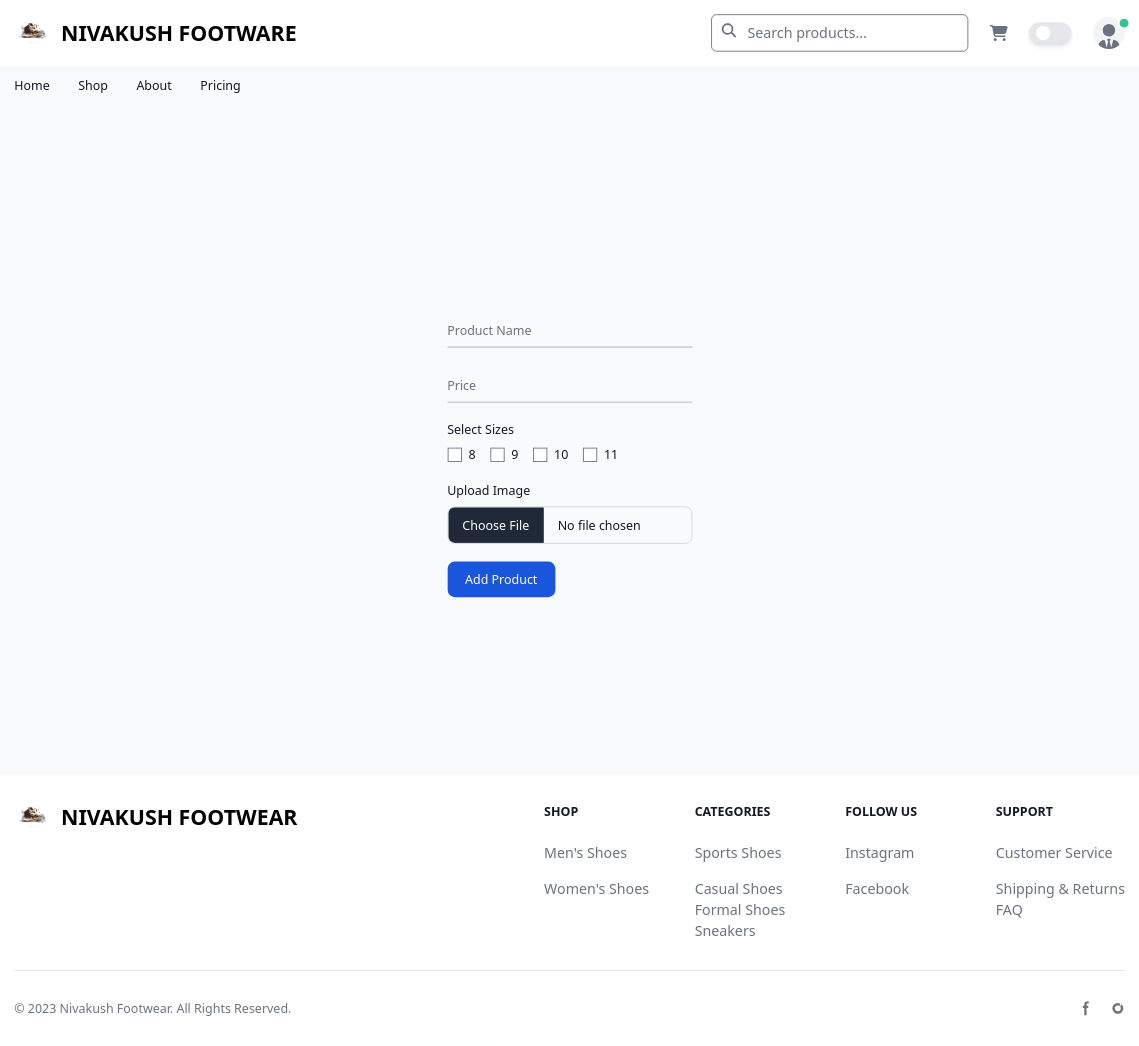
Repository: sibi24sibi/shoe-ecommerce
Page: /admin
These files come from the project's save history. The page is drawn as it stood at one moment and after the next save; the edit follows.
The browser window is 1280 px wide. The pictures show the whole page, at 89% of full size.
Some web libraries are served in a nearby version. The project was rebuilt for these pictures with package versions that can differ from the ones it lists, and the page was loaded fresh each time. Also part of the build but not shown: vite.config.js, src/Payment.jsx, src/Components/Products.jsx, src/Components/Carosel.jsx, src/Prod-page.jsx, src/Cart-page.jsx, src/ProductInfo.jsx, src/Aboutus.jsx and 3 more.

Above is the page before, as saved 2024-09-11 15:24:06.

### index.html
<!doctype html>
<html lang="en">
  <head>
    <meta charset="UTF-8" />
    <link rel="icon" type="image/svg+xml" href="/vite.svg" />
    <meta name="viewport" content="width=device-width, initial-scale=1.0" />
    <title>Vite + React</title>
    <script src="https://cdn.jsdelivr.net/npm/flowbite@2.5.1/dist/flowbite.min.js"></script>
    <link href="https://cdn.jsdelivr.net/npm/flowbite@2.5.1/dist/flowbite.min.css" rel="stylesheet" />
  </head>
  <body>
    <div id="root"></div>

    <script defer src="https://cdn.jsdelivr.net/npm/alpinejs@3.x.x/dist/cdn.min.js"></script>
    <script type="module" src="/src/main.jsx"></script>
  </body>
</html>

### src/main.jsx
import { StrictMode } from "react";
import { createRoot } from "react-dom/client";
import App from "./App.jsx";
import "./index.css";
import { BrowserRouter } from "react-router-dom";
import ShopContextProvider from "./Context/ShopContext.jsx";

createRoot(document.getElementById("root")).render(
  <BrowserRouter>
    <ShopContextProvider>
      <App />
    </ShopContextProvider>
  </BrowserRouter>
);

### src/App.jsx
import { Route, Routes } from "react-router-dom";
import "./App.css";
import { ToastContainer, toast } from "react-toastify";
import "react-toastify/dist/ReactToastify.css";
import Payment from "./Payment";
import Prodpage from "./Prod-page";
import NavBar from "./Components/NavBar";
import Footer from "./Components/Footer";

import Cartpage from "./Cart-page";
import ProductInfo from "./ProductInfo";
import About from "./Aboutus";
import Pricing from "./Pricing";
import Shop from "./Shop";
import AdminLogin from "./AdminLogin";
import Admin from "./Adminpage";

function App() {
  return (
    <>
      <div className="bg-slate-50 dark:bg-slate-950">
        <ToastContainer />
        <NavBar />
        <div className="  mx-auto md:max-w-screen-xl  max-w-screen-sm ">
          <Routes>
            <Route path="/" element={<Prodpage />} />
            <Route
              path="/productInfo/:productInfoId"
              element={<ProductInfo />}
            />
            <Route path="/cart" element={<Cartpage />} />

            <Route path="/payment" element={<Payment />} />
            <Route path="/about" element={<About />} />
            <Route path="/pricing" element={<Pricing />} />
            <Route path="/shop" element={<Shop />} />
            <Route path="/login" element={<AdminLogin />} />
            <Route path="/admin" element={<Admin />} />
          </Routes>
        </div>
        <Footer />
      </div>
    </>
  );
}

export default App;

### src/Context/ShopContext.jsx
import React, { createContext, useState, useEffect } from "react";
import { productsdData } from "../assets/assets";
import { toast } from "react-toastify";

export const ShopContext = createContext();

const ShopContextProvider = (props) => {
  const [products] = useState(productsdData);
  const [cartItems, setCartItems] = useState(() => {
    // Load cart from localStorage on initial load
    const savedCart = localStorage.getItem("cartItems");
    return savedCart ? JSON.parse(savedCart) : {};
  });

  // Use effect to update localStorage whenever cartItems changes
  useEffect(() => {
    localStorage.setItem("cartItems", JSON.stringify(cartItems));
  }, [cartItems]);

  const addToCart = (itemId, size) => {
    if (!size) {
      toast.error("Select product size");
      return;
    }

    let cartData = structuredClone(cartItems);

    if (cartData[itemId]) {
      if (cartData[itemId][size]) {
        cartData[itemId][size] += 1;
      } else {
        cartData[itemId][size] = 1;
      }
    } else {
      cartData[itemId] = { [size]: 1 };
    }

    setCartItems(cartData);
    toast.success("Added to cart");
  };

  const incrementQuantity = (itemId, size) => {
    let cartData = structuredClone(cartItems);
    if (cartData[itemId]) {
      if (cartData[itemId][size]) {
        cartData[itemId][size] += 1;
      } else {
        cartData[itemId][size] = 1;
      }
      setCartItems(cartData);
    }
  };

  const decrementQuantity = (itemId, size) => {
    let cartData = structuredClone(cartItems);
    if (cartData[itemId] && cartData[itemId][size]) {
      if (cartData[itemId][size] > 1) {
        cartData[itemId][size] -= 1;
      } else {
        delete cartData[itemId][size];
        if (Object.keys(cartData[itemId]).length === 0) {
          delete cartData[itemId];
        }
      }
      setCartItems(cartData);
    }
  };

  const deleteItem = (itemId, size) => {
    let cartData = structuredClone(cartItems);
    if (cartData[itemId] && cartData[itemId][size]) {
      delete cartData[itemId][size];
      if (Object.keys(cartData[itemId]).length === 0) {
        delete cartData[itemId];
      }
      setCartItems(cartData);
    }
  };

  const getCartCount = () => {
    let totalCount = 0;
    for (const item in cartItems) {
      for (const size in cartItems[item]) {
        totalCount += cartItems[item][size];
      }
    }
    return totalCount;
  };

  return (
    <ShopContext.Provider
      value={{
        products,
        cartItems,
        addToCart,
        incrementQuantity,
        decrementQuantity,
        deleteItem,
        getCartCount,
      }}
    >
      {props.children}
    </ShopContext.Provider>
  );
};

export default ShopContextProvider;

### src/App.css
.sticky-top {
    position: -webkit-sticky;
    position: sticky;
    top: 0;
    z-index: 1020;
}

/* Custom styles for react-toastify */
@media (max-width: 768px) { /* You can adjust the breakpoint as needed */
    .Toastify__toast-container {
      top: auto !important;
      bottom: 0 !important;

    }
  }

### src/Components/NavBar.jsx
import { useState, useEffect, useContext } from "react";
import { FontAwesomeIcon } from "@fortawesome/react-fontawesome";
import {
  faCartShopping,
  faMoon,
  faSun,
  faSearch,
  faUserTie,
  faUser,
} from "@fortawesome/free-solid-svg-icons";
import { NavLink } from "react-router-dom";
import { assets } from "../assets/assets";
import { ShopContext } from "../Context/ShopContext";

function NavBar() {
  // State to manage the dark theme
  const [darkTheme, setDarkTheme] = useState(false);

  // Effect to apply/remove the 'dark' class on the html element
  useEffect(() => {
    if (darkTheme) {
      document.documentElement.classList.add("dark");
    } else {
      document.documentElement.classList.remove("dark");
    }
  }, [darkTheme]);

  // Toggle theme function
  const toggleTheme = () => {
    setDarkTheme((prevTheme) => !prevTheme);
  };

  // Access cart count from context
  const { getCartCount } = useContext(ShopContext);

  return (
    <div className="mb-8 sticky-top">
      {/* Top Navbar */}
      <nav className="bg-white border-gray-200 dark:bg-gray-900">
        <div className="flex flex-wrap justify-between items-center mx-auto max-w-screen-2xl p-4">
          <a
            href="#"
            className="flex items-center space-x-3 rtl:space-x-reverse"
          >
            <img src={assets.Logo} className="h-8" alt="Shop Logo" />
            <span className="self-center text-xs/[0.2555rem] uppercase md:text-2xl    md:font-semibold  font-normal whitespace-nowrap dark:text-white">
              Nivakush Footware
            </span>
          </a>
          <div className="flex items-center space-x-6 rtl:space-x-reverse">
            {/* Search Bar */}
            <div className="relative hidden sm:block">
              <input
                type="text"
                placeholder="Search products..."
                className="pl-10 pr-4 py-2 border rounded-md dark:bg-gray-800 dark:text-white"
              />
              <FontAwesomeIcon
                icon={faSearch}
                className="absolute left-3 top-2.5 text-gray-500 dark:text-gray-400"
              />
            </div>

            <NavLink
              to="/cart"
              className="    text-gray-500 dark:text-white hover:underline relative"
            >
              <div className="flex items-center relative">
                <FontAwesomeIcon
                  icon={faCartShopping}
                  className=" text-sm md:text-lg"
                />
                {getCartCount() > 0 && (
                  <span className="absolute -top-1 -right-2 bg-red-500 text-white text-xs rounded-full w-4 h-4 flex items-center justify-center">
                    {getCartCount()}
                  </span>
                )}
              </div>
            </NavLink>

            <button
              onClick={toggleTheme}
              className="relative inline-flex items-center  text-sm md:text-lg p-1 bg-gray-200 dark:bg-gray-600 rounded-full md:w-12 md:h-6 w-6   h-3 transition-colors duration-300 focus:outline-none shadow-md"
            >
              <span
                className={`absolute inline-block md:w-4 md:h-4 w-2 h-2 bg-white dark:bg-gray-300 rounded-full transition-transform transform ${
                  darkTheme
                    ? "translate-x-3 md:translate-x-6"
                    : "translate-x-0 md:translate-x-1"
                }`}
              />
              <span className="sr-only">Toggle Theme</span>
            </button>

            <NavLink
              to="/login "
              className="text-sm text-gray-500   md:text-lg dark:text-white hover:underline"
            >
              <div className="relative">
                <div className="relative md:w-9 md:h-9 w-5  h-5 text-center overflow-hidden bg-gray-100 rounded-full dark:bg-gray-600">
                  <FontAwesomeIcon
                    icon={faUserTie}
                    className=" md:w-7 md:h-7   translate-y-[0.15rem] md:translate-y-2"
                  />
                </div>
                <span className="top-0 left-4 absolute   w-2 h-2 bg-green-400 border-2 border-white dark:border-gray-800  block md:hidden rounded-full"></span>
                <span className="top-0 left-7 absolute  w-3.5 h-3.5 bg-green-400 border-2 border-white dark:border-gray-800  hidden md:block rounded-full"></span>
              </div>
            </NavLink>
          </div>
        </div>
      </nav>

      {/* Bottom Navbar */}
      <nav className="bg-gray-50 dark:bg-gray-700 sticky top-0 z-50">
        <div className="max-w-screen-xl px-4 py-3 mx-auto">
          <ul className="flex flex-row font-medium mt-0 space-x-8 rtl:space-x-reverse text-sm">
            <li>
              <NavLink
                to="/"
                className="text-gray-900 dark:text-white hover:underline"
                aria-current="page"
              >
                Home
              </NavLink>
            </li>
            <li>
              <NavLink
                to="/shop"
                className="text-gray-900 dark:text-white hover:underline"
              >
                Shop
              </NavLink>
            </li>
            <li>
              <NavLink
                to="/about"
                className="text-gray-900 dark:text-white hover:underline"
              >
                About
              </NavLink>
            </li>
            <li>
              <NavLink
                to="/pricing"
                className="text-gray-900 dark:text-white hover:underline"
              >
                Pricing
              </NavLink>
            </li>
          </ul>
        </div>
      </nav>
    </div>
  );
}

export default NavBar;

### src/Adminpage.jsx
import React, { useState } from "react";

function AddProductForm({ addNewProduct }) {
  const [productName, setProductName] = useState("");
  const [price, setPrice] = useState("");
  const [selectedSizes, setSelectedSizes] = useState([]);
  const [productType, setProductType] = useState(""); // Added state for product type
  const [image, setImage] = useState(null); // Added state for image upload

  // Handle size checkbox
  const handleSizeChange = (e) => {
    const size = e.target.value;
    setSelectedSizes((prevSizes) =>
      prevSizes.includes(size)
        ? prevSizes.filter((s) => s !== size)
        : [...prevSizes, size]
    );
  };

  // Handle form submission
  const handleSubmit = (e) => {
    e.preventDefault();
    const newProduct = {
      id: Date.now(),
      name: productName,
      price: parseFloat(price),
      type: productType,
      sizes: selectedSizes, // from your checkboxes
      image, // the uploaded image file
    };
    addNewProduct(newProduct);
  };

  // Handle image upload
  const handleImageUpload = (e) => {
    setImage(e.target.files[0]); // Store the uploaded image in state
  };

  return (
    <div className="flex justify-center items-center h-screen">
      <form className="max-w-md mx-auto" onSubmit={handleSubmit}>
        {/* Product Name Input */}
        <div className="relative z-0 w-full mb-5 group">
          <input
            type="text"
            name="product_name"
            id="product_name"
            className="block py-2.5 px-0 w-full text-sm text-gray-900 bg-transparent border-0 border-b-2 border-gray-300 appearance-none dark:text-white dark:border-gray-600 dark:focus:border-blue-500 focus:outline-none focus:ring-0 focus:border-blue-600 peer"
            placeholder=" "
            value={productName}
            onChange={(e) => setProductName(e.target.value)}
            required
          />
          <label
            htmlFor="product_name"
            className="peer-focus:font-medium absolute text-sm text-gray-500 dark:text-gray-400 duration-300 transform -translate-y-6 scale-75 top-3 -z-10 origin-[0] peer-focus:start-0 peer-focus:text-blue-600 peer-focus:dark:text-blue-500 peer-placeholder-shown:scale-100 peer-placeholder-shown:translate-y-0 peer-focus:scale-75 peer-focus:-translate-y-6"
          >
            Product Name
          </label>
        </div>

        {/* Price Input (type='number') */}
        <div className="relative z-0 w-full mb-5 group">
          <input
            type="number"
            name="price"
            id="price"
            className="block py-2.5 px-0 w-full text-sm text-gray-900 bg-transparent border-0 border-b-2 border-gray-300 appearance-none dark:text-white dark:border-gray-600 dark:focus:border-blue-500 focus:outline-none focus:ring-0 focus:border-blue-600 peer"
            placeholder=" "
            value={price}
            onChange={(e) => setPrice(e.target.value)}
            required
          />
          <label
            htmlFor="price"
            className="peer-focus:font-medium absolute text-sm text-gray-500 dark:text-gray-400 duration-300 transform -translate-y-6 scale-75 top-3 -z-10 origin-[0] peer-focus:start-0 peer-focus:text-blue-600 peer-focus:dark:text-blue-500 peer-placeholder-shown:scale-100 peer-placeholder-shown:translate-y-0 peer-focus:scale-75 peer-focus:-translate-y-6"
          >
            Price
          </label>
        </div>

        {/* Size Checkboxes */}
        <div className="mb-5">
          <label className="block text-sm font-medium text-gray-900 dark:text-white mb-2">
            Select Sizes
          </label>
          <div className="flex gap-4">
            {["8", "9", "10", "11"].map((size) => (
              <div key={size} className="flex items-center">
                <input
                  type="checkbox"
                  id={`size_${size}`}
                  value={size}
                  checked={selectedSizes.includes(size)}
                  onChange={handleSizeChange}
                  className="mr-2"
                />
                <label
                  htmlFor={`size_${size}`}
                  className="text-sm font-medium text-gray-900 dark:text-gray-300"
                >
                  {size}
                </label>
              </div>
            ))}
          </div>
        </div>

        {/* Image Upload */}
        <div className="mb-5">
          <label className="block text-sm font-medium text-gray-900 dark:text-white mb-2">
            Upload Image
          </label>
          <input
            type="file"
            accept="image/*"
            className="block w-full text-sm text-gray-900 bg-gray-50 rounded-lg border border-gray-300 cursor-pointer dark:text-gray-400 dark:bg-gray-700 dark:border-gray-600 dark:placeholder-gray-400"
          />
        </div>

        {/* Submit Button */}
        <button
          type="submit"
          className="text-white bg-blue-700 hover:bg-blue-800 focus:ring-4 focus:outline-none focus:ring-blue-300 font-medium rounded-lg text-sm w-full sm:w-auto px-5 py-2.5 text-center dark:bg-blue-600 dark:hover:bg-blue-700 dark:focus:ring-blue-800"
        >
          Add Product
        </button>
      </form>
    </div>
  );
}

export default AddProductForm;

Loaded but not shown: src/index.css (common file); tailwind.config.js (common file); src/assets/assets.js (313 lines, source omitted); src/Components/Footer.jsx (161 lines, source omitted)

After the next save:
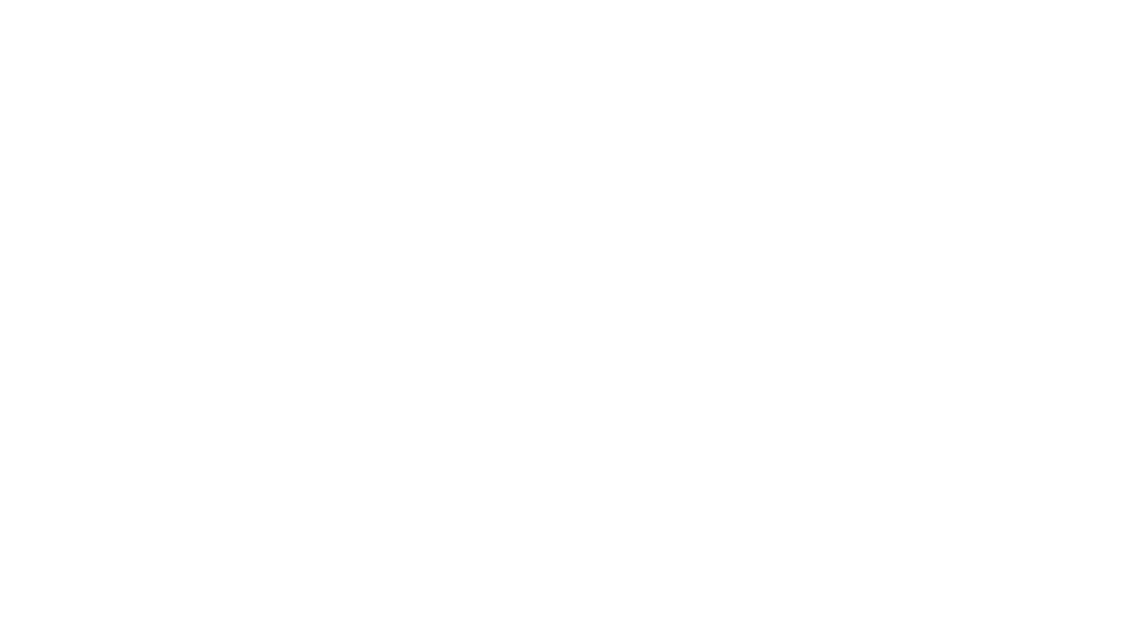
Console error: ReferenceError: handleSubmit is not defined
Saved 5 min 37 s later.
--- a/src/Adminpage.jsx
+++ b/src/Adminpage.jsx
@@ -1,41 +1,6 @@
 import React, { useState } from "react";
 
 function AddProductForm({ addNewProduct }) {
-  const [productName, setProductName] = useState("");
-  const [price, setPrice] = useState("");
-  const [selectedSizes, setSelectedSizes] = useState([]);
-  const [productType, setProductType] = useState(""); // Added state for product type
-  const [image, setImage] = useState(null); // Added state for image upload
-
-  // Handle size checkbox
-  const handleSizeChange = (e) => {
-    const size = e.target.value;
-    setSelectedSizes((prevSizes) =>
-      prevSizes.includes(size)
-        ? prevSizes.filter((s) => s !== size)
-        : [...prevSizes, size]
-    );
-  };
-
-  // Handle form submission
-  const handleSubmit = (e) => {
-    e.preventDefault();
-    const newProduct = {
-      id: Date.now(),
-      name: productName,
-      price: parseFloat(price),
-      type: productType,
-      sizes: selectedSizes, // from your checkboxes
-      image, // the uploaded image file
-    };
-    addNewProduct(newProduct);
-  };
-
-  // Handle image upload
-  const handleImageUpload = (e) => {
-    setImage(e.target.files[0]); // Store the uploaded image in state
-  };
-
   return (
     <div className="flex justify-center items-center h-screen">
       <form className="max-w-md mx-auto" onSubmit={handleSubmit}>
@@ -47,8 +12,6 @@
             id="product_name"
             className="block py-2.5 px-0 w-full text-sm text-gray-900 bg-transparent border-0 border-b-2 border-gray-300 appearance-none dark:text-white dark:border-gray-600 dark:focus:border-blue-500 focus:outline-none focus:ring-0 focus:border-blue-600 peer"
             placeholder=" "
-            value={productName}
-            onChange={(e) => setProductName(e.target.value)}
             required
           />
           <label
@@ -67,8 +30,6 @@
             id="price"
             className="block py-2.5 px-0 w-full text-sm text-gray-900 bg-transparent border-0 border-b-2 border-gray-300 appearance-none dark:text-white dark:border-gray-600 dark:focus:border-blue-500 focus:outline-none focus:ring-0 focus:border-blue-600 peer"
             placeholder=" "
-            value={price}
-            onChange={(e) => setPrice(e.target.value)}
             required
           />
           <label
@@ -90,9 +51,7 @@
                 <input
                   type="checkbox"
                   id={`size_${size}`}
-                  value={size}
                   checked={selectedSizes.includes(size)}
-                  onChange={handleSizeChange}
                   className="mr-2"
                 />
                 <label

After the 2 saves that followed:
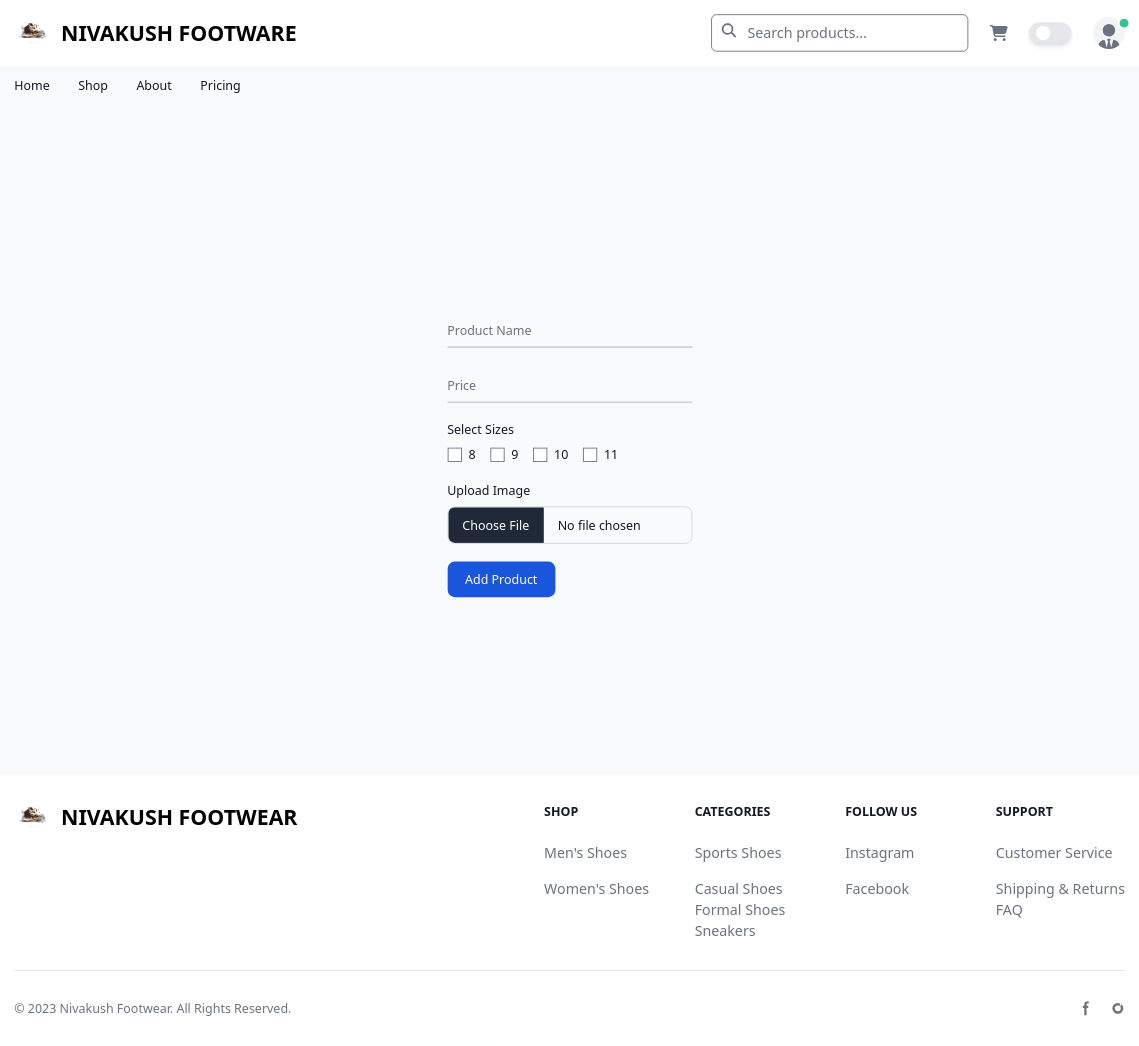
The error is gone.
The 2 saves are shown as one change because 1 left the picture as it was.
The last was saved 7 min 48 s later.
--- a/src/Adminpage.jsx
+++ b/src/Adminpage.jsx
@@ -1,9 +1,9 @@
 import React, { useState } from "react";
 
-function AddProductForm({ addNewProduct }) {
+function AddProductForm() {
   return (
     <div className="flex justify-center items-center h-screen">
-      <form className="max-w-md mx-auto" onSubmit={handleSubmit}>
+      <form className="max-w-md mx-auto">
         {/* Product Name Input */}
         <div className="relative z-0 w-full mb-5 group">
           <input
@@ -48,12 +48,7 @@
           <div className="flex gap-4">
             {["8", "9", "10", "11"].map((size) => (
               <div key={size} className="flex items-center">
-                <input
-                  type="checkbox"
-                  id={`size_${size}`}
-                  checked={selectedSizes.includes(size)}
-                  className="mr-2"
-                />
+                <input type="checkbox" id={`size_${size}`} className="mr-2" />
                 <label
                   htmlFor={`size_${size}`}
                   className="text-sm font-medium text-gray-900 dark:text-gray-300"
